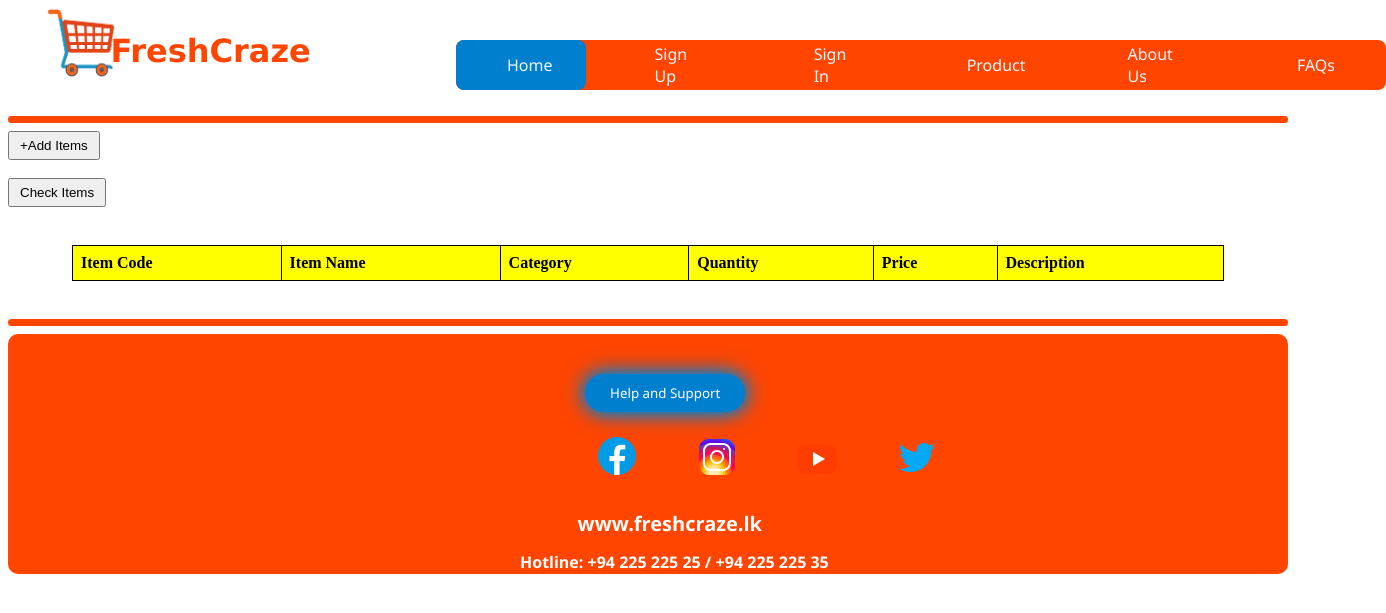
Repository: shanika2002/FreshCraze
Page: http://localhost/itemDem/AdminTable.jsp
These files come from the project's save history. The page is drawn as it stood at one moment and after the next save; the edit follows.
The browser window is 1280 px wide. The page is 1386 px wide, so the pictures cover 1386 px, including what lies to the right of the window. The pictures show the whole page.
The page is served by Tomcat 9.

Above is the page before, as saved 2024-05-13 20:00:23.

After the next save:
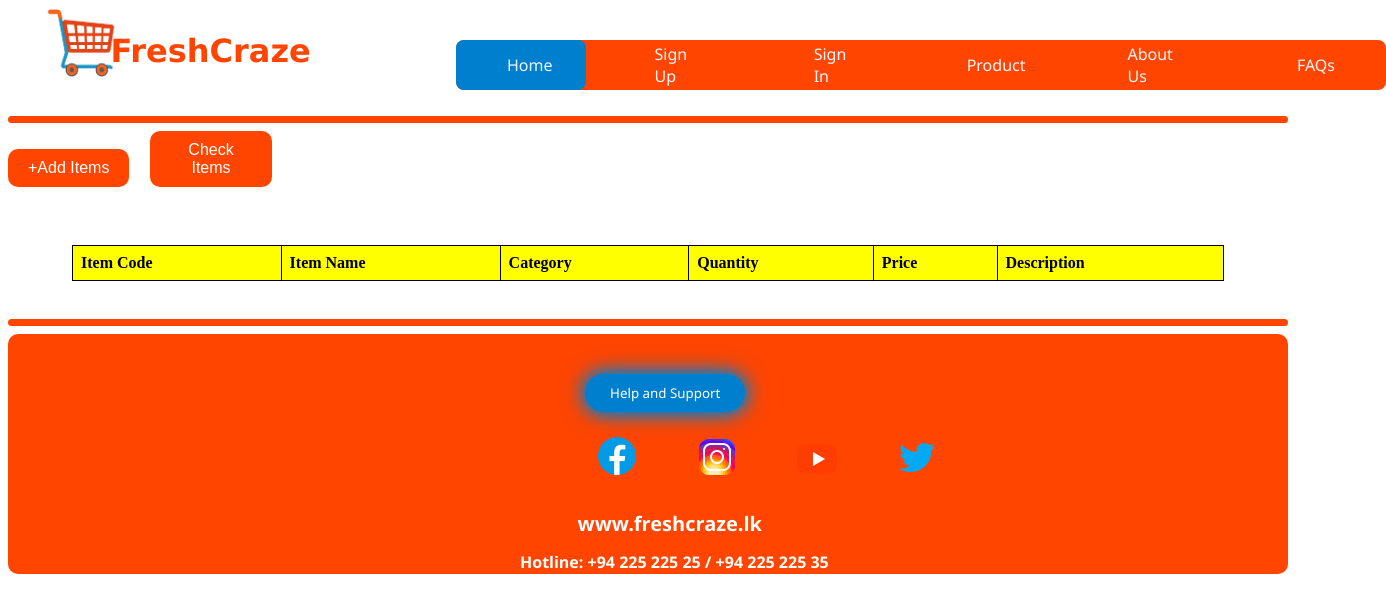
Saved 2 min 14 s later.
--- a/itemDem/src/main/webapp/css/tableAdmin.css
+++ b/itemDem/src/main/webapp/css/tableAdmin.css
@@ -137,6 +137,36 @@ nav a:nth-child(6):hover~span{
     margin-top: -51px;
 }
 
+.button-container {
+    display: flex;
+    justify-content: center; /* Center horizontally */
+    align-items: center; /* Center vertically */
+    margin-top: 50px; /* Adjust as needed */
+}
+
+form {
+    display: inline-block;
+    width: calc(10% - 0.3px);
+    margin-right: 10px;
+}
+
+button[type="submit"] {
+    background-color: orangered;
+    color: #fff;
+    padding: 10px 20px;
+    border: none;
+    border-radius: 10px;
+    cursor: pointer;
+    font-size: 16px;
+    margin-bottom: 20px;
+}
+
+button[type="submit"]:hover {
+    background-color: #0056b3;
+}
+
+
+
 .admin-table {
   width: 90%;
   margin: 20px auto;
